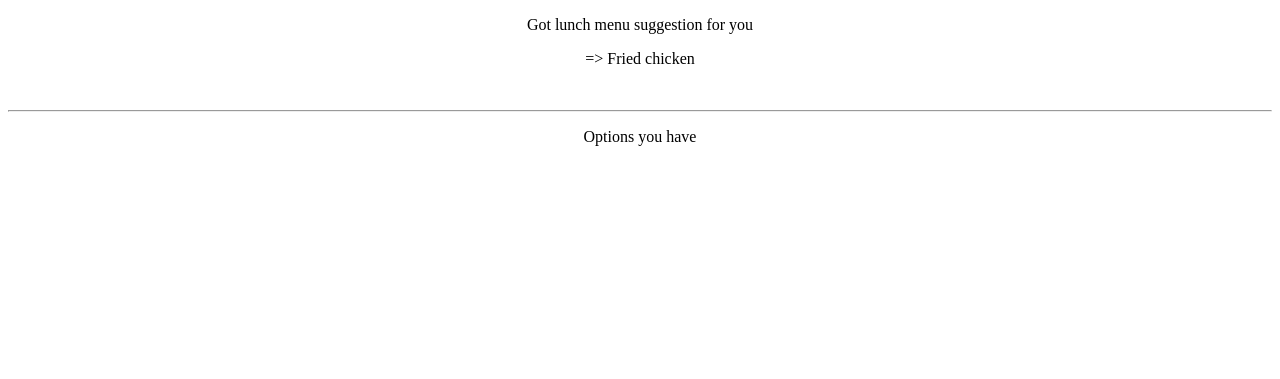
Repository: chloe-codes1/Django
Page: http://localhost/lunch/
The author's editor kept a record of every edit. The page is drawn from the files as they stood at one moment, then again after the next edit.
The browser window is 1280 px wide. The pictures show the whole page.
The page is served by the project's application, run on Django 2.2 (live/django_intro/manage.py).

Above is the page before.

After the next edit:
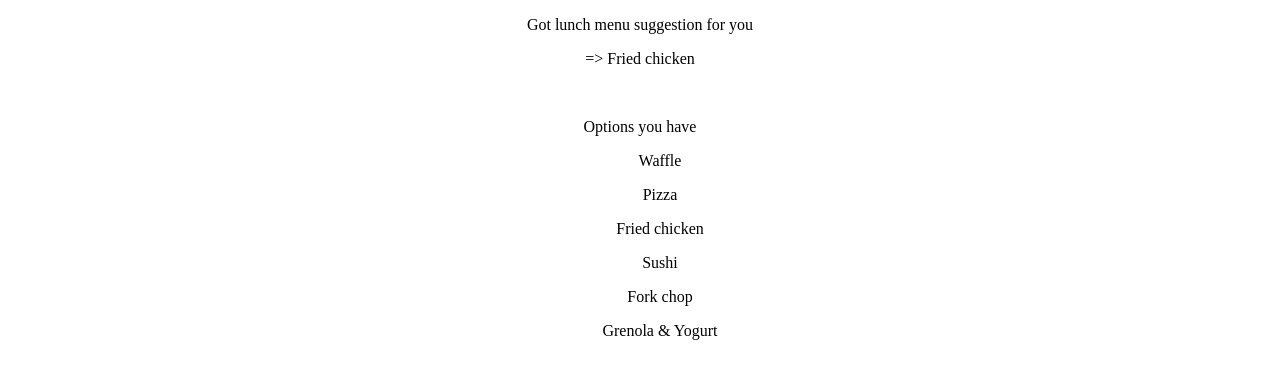
The edit:
--- a/live/django_intro/pages/templates/lunch.html
+++ b/live/django_intro/pages/templates/lunch.html
@@ -17,9 +17,11 @@
     <p> => {{menu}}</p>
 
     <br>
-    <hr>
     <p>Options you have</p>
-
+    <ul>
+    {% for option in options %}
+       <p>{{option}}</p>
+    {% endfor %}
     </div>
 
 </body>
